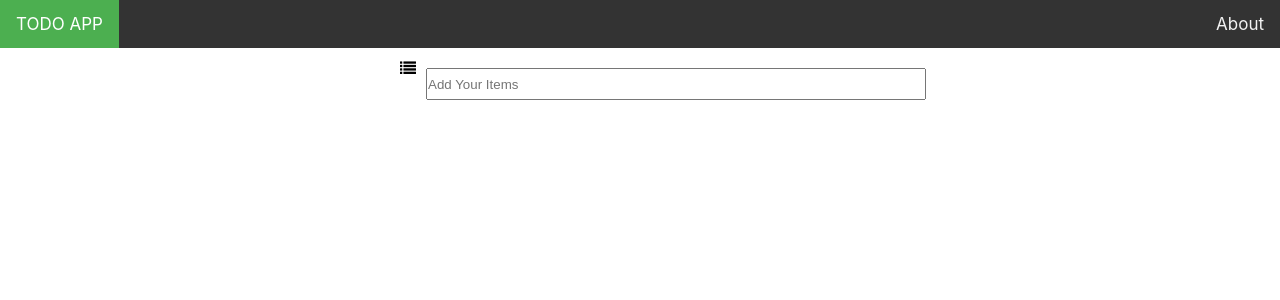
Repository: hoangphuong965/myTodoList
Page: /
The author's editor kept a copy of each file at every save. The page is drawn from the files as they stood at one save, then again after a run of saves.
The browser window is 1280 px wide. The pictures show the whole page.
The project was rebuilt for these pictures with package versions that can differ from the ones it lists, and the page was loaded fresh each time.

Above is the page before, as saved 2020-06-01 09:42:49.

After the next 2 saves:
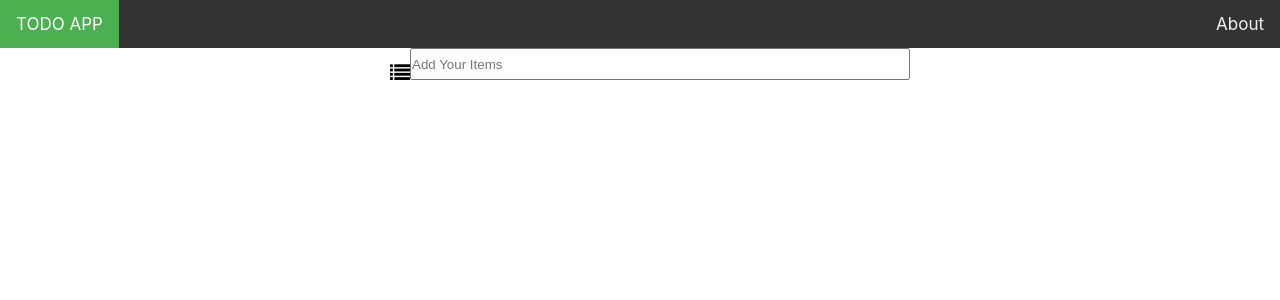
The 2 saves are shown as one change because they came seconds apart.
The last was saved 95 s later.
--- a/src/components/todo.css
+++ b/src/components/todo.css
@@ -12,7 +12,6 @@
 .input{
     width: 500px;
     height: 2rem;
-    margin: 10px;
 }
 
 .form{
@@ -20,4 +19,7 @@
 }
 
 .icon{
+    margin-top: 15px;
+    font-size: 20px;
 }
+}

After the 2 saves that followed:
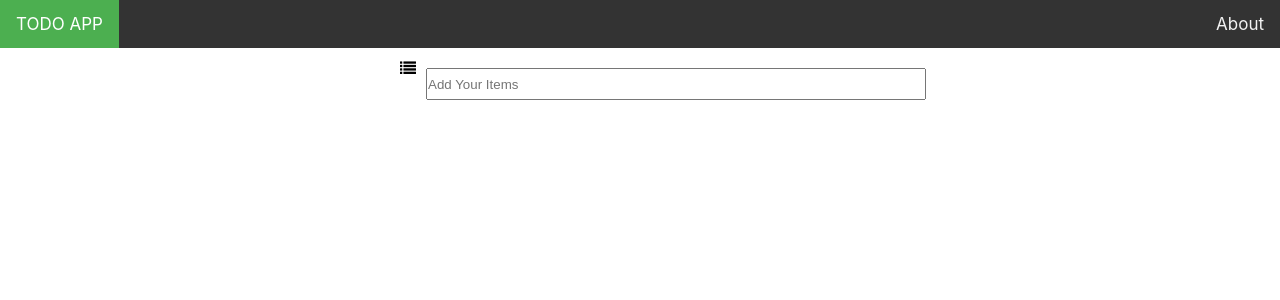
The 2 saves are shown as one change because 1 left the picture as it was.
The last was saved 49 s later.
--- a/src/components/todo.css
+++ b/src/components/todo.css
@@ -12,6 +12,7 @@
 .input{
     width: 500px;
     height: 2rem;
+    margin: 10px;
 }
 
 .form{
@@ -19,7 +20,5 @@
 }
 
 .icon{
-    margin-top: 15px;
-    font-size: 20px;
+
 }
-}
